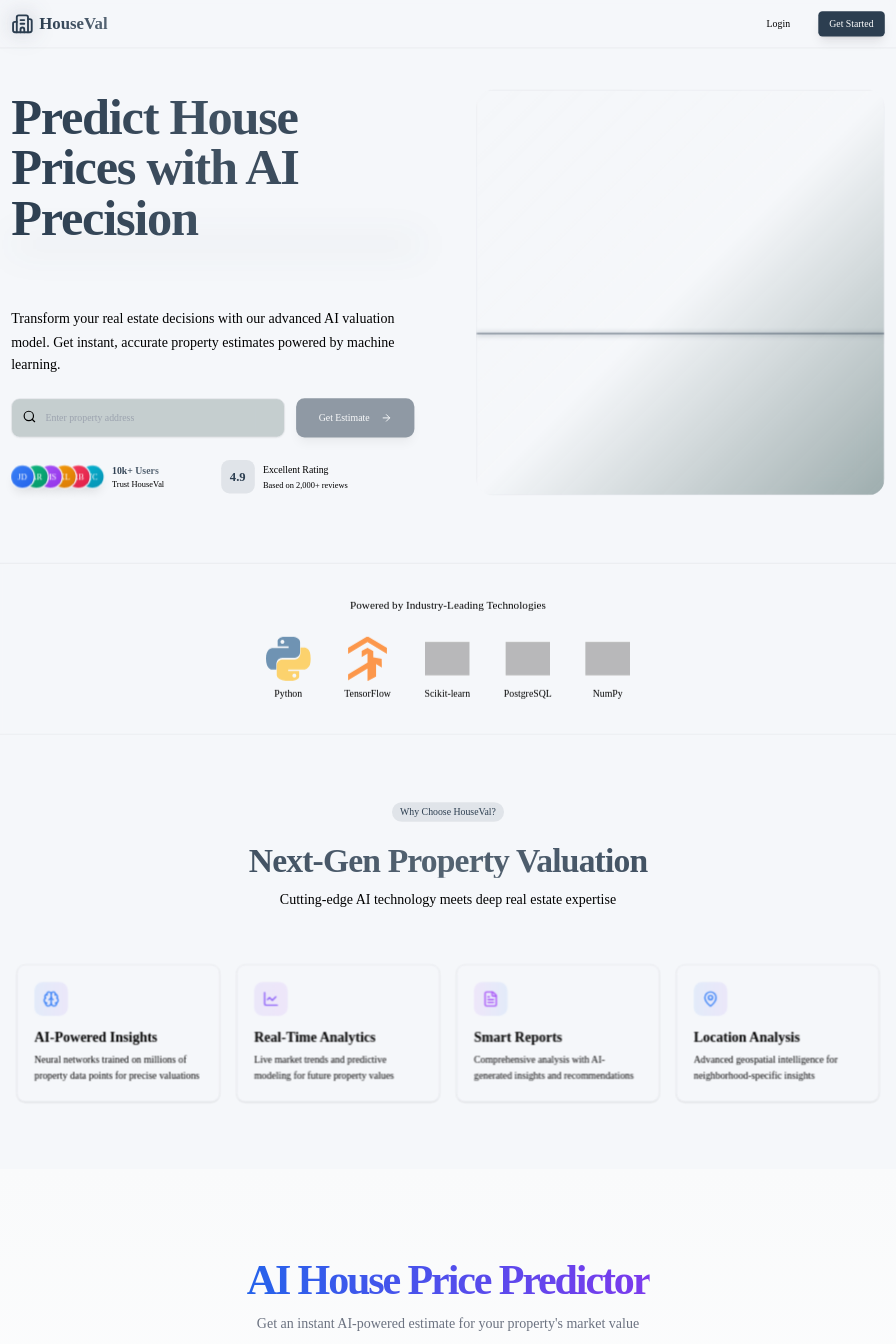
Repository: Rayyy-dev/HouseVal
Page: /
The author's editor kept a copy of each file at every save. The page is drawn from the files as they stood at one save, then again after the next save.
The browser window is 1280 px wide. The pictures show the part of the page from y = 0 to 1920 px (the page is 3364 px tall), at 70% of full size.
Pictures or frames that could not be fetched are drawn as grey boxes. The project was rebuilt for these pictures with package versions that can differ from the ones it lists, and the page was loaded fresh each time. The framework's server and built-in components were replaced by stand-ins that run in the browser. Also part of the build but not shown: next.config.ts.

Above is the page before, as saved 2025-01-16 18:39:02.

### src/app/layout.tsx
import type { Metadata } from "next";
import localFont from "next/font/local";
import "./globals.css";

const geistSans = localFont({
  src: "./fonts/GeistVF.woff",
  variable: "--font-geist-sans",
  weight: "100 900",
});
const geistMono = localFont({
  src: "./fonts/GeistMonoVF.woff",
  variable: "--font-geist-mono",
  weight: "100 900",
});

export const metadata: Metadata = {
  title: "HouseVal - AI-Powered House Price Predictions",
  description: "Get accurate property valuations using advanced machine learning",
};

export default function RootLayout({
  children,
}: Readonly<{
  children: React.ReactNode;
}>) {
  return (
    <html lang="en">
      <body
        className={`${geistSans.variable} ${geistMono.variable} antialiased`}
      >
        {children}
      </body>
    </html>
  );
}

### src/app/page.tsx
import { Header } from "@/components/landing-page/sections/header";
import { Hero } from "@/components/landing-page/sections/hero";
import { Integrations } from "@/components/landing-page/sections/integrations";
import { Benefits } from "@/components/landing-page/sections/benefits";
import { HousingPredictor } from "@/components/landing-page/housing";
import { Solution } from "@/components/landing-page/sections/solution";
import { Footer } from "@/components/landing-page/sections/footer";

export default function Home() {
  return (
    <div className="min-h-screen bg-background">
      <Header />
      <Hero />
      <Integrations />
      <Benefits />
      <HousingPredictor />
      <Solution />
      <Footer />
    </div>
  );
}

### src/components/landing-page/sections/hero.tsx
"use client";

import { Button } from "@/components/ui/button";
import { Input } from "@/components/ui/input";
import { Search, Building2, DollarSign, ArrowRight, MapPin } from "lucide-react";
import { useState, useEffect, useRef } from "react";
import { AvatarStack } from "@/components/ui/avatar-stack";
import { motion, AnimatePresence } from "framer-motion";

// Simple typing effect hook
const useTypingEffect = (text: string, speed: number = 50) => {
  const [displayText, setDisplayText] = useState("");
  const [isComplete, setIsComplete] = useState(false);
  const [currentIndex, setCurrentIndex] = useState(0);

  useEffect(() => {
    if (currentIndex <= text.length) {
      const timer = setTimeout(() => {
        setDisplayText(text.slice(0, currentIndex));
        setCurrentIndex(prev => prev + 1);
        if (currentIndex === text.length) {
          setIsComplete(true);
        }
      }, speed);
      return () => clearTimeout(timer);
    }
  }, [currentIndex, speed, text]);

  return { displayText, isComplete };
};

export function Hero() {
  const demoRef = useRef<HTMLDivElement>(null);
  const [address, setAddress] = useState("");
  const [isAnalyzing, setIsAnalyzing] = useState(false);
  const [animationStage, setAnimationStage] = useState<'typing' | 'analyzing' | 'scanning' | 'results'>('typing');
  const [chatStep, setChatStep] = useState(0);
  const promptText = "Hello! Please enter a property address for AI analysis...";
  const { displayText, isComplete } = useTypingEffect(
    "Hello! Please enter a property address for AI analysis...",
    50
  );

  // Animation sequence
  useEffect(() => {
    const sequence = async () => {
      // Start with typing
      setAnimationStage('typing');
      await new Promise(resolve => setTimeout(resolve, 3000));

      // Move to analyzing
      setAnimationStage('analyzing');
      await new Promise(resolve => setTimeout(resolve, 2000));

      // Show house scanning
      setAnimationStage('scanning');
      await new Promise(resolve => setTimeout(resolve, 2500));

      // Show results with popping elements
      setAnimationStage('results');

      // Reset sequence after delay
      setTimeout(() => {
        setAnimationStage('typing');
        setChatStep(0);
      }, 4000);
    };

    sequence();
  }, []);

  // Handle address submission
  const handleGetEstimate = () => {
    if (!address) return;
    setIsAnalyzing(true);
    setAnimationStage('analyzing');

    // Simulate analysis time then show results
    setTimeout(() => {
      setAnimationStage('results');
      setIsAnalyzing(false);
    }, 3000); // Adjust timing as needed
  };

  // When typing is complete, don't immediately go to analyzing
  useEffect(() => {
    if (isComplete) {
      // Remove the automatic transition to analyzing
      // Let the button click trigger it instead
    }
  }, [isComplete]);

  return (
    <section className="container mx-auto px-4 pt-32 pb-24">
      <div className="grid grid-cols-1 lg:grid-cols-2 gap-20 items-center">
        {/* Left content */}
        <div className="space-y-8">
          <div className="space-y-4">
            <h1 className="text-6xl sm:text-7xl font-bold leading-[1.1] tracking-tight">
              <span className="inline-block">
                <span className="relative inline-flex items-center">
                  <span className="relative z-10 bg-gradient-to-r from-primary via-primary/90 to-primary bg-clip-text text-transparent">
                    Predict House Prices with AI Precision
                  </span>
                  <div className="absolute inset-x-0 -bottom-2 h-3 bg-primary/10 blur-xl" />
                </span>
              </span>
              <br />
              <span className="text-5xl sm:text-6xl bg-gradient-to-br from-foreground via-foreground to-foreground/90 bg-clip-text text-transparent mt-4 block animate-text-glow">
                with AI Precision
              </span>
            </h1>
            <p className="text-xl text-muted-foreground/90 leading-relaxed max-w-2xl">
              Transform your real estate decisions with our advanced AI valuation model.
              Get instant, accurate property estimates powered by machine learning.
            </p>
          </div>

          <div className="flex flex-col sm:flex-row gap-4 max-w-xl">
            <div className="relative flex-1">
              <Search className="absolute left-4 top-4 h-5 w-5 text-muted-foreground" />
              <Input
                value={address}
                onChange={(e) => setAddress(e.target.value)}
                placeholder="Enter property address"
                className="pl-12 h-14 text-base rounded-xl border-border/50 bg-muted/50 hover:bg-muted/80 transition-colors"
              />
              {isAnalyzing && (
                <div className="absolute right-4 top-4">
                  <div className="h-5 w-5 rounded-full border-2 border-primary border-r-transparent animate-spin" />
                </div>
              )}
            </div>
            <Button
              size="lg"
              className="h-14 px-8 rounded-xl bg-primary hover:bg-primary/90 transition-all duration-300 shadow-lg hover:shadow-primary/25 group"
              onClick={handleGetEstimate}
              disabled={isAnalyzing || !address}
            >
              Get Estimate
              <ArrowRight className="ml-2 h-4 w-4 transition-transform group-hover:translate-x-1" />
            </Button>
          </div>

          <div className="flex items-center gap-10">
            <AvatarStack />
            <div className="h-12 w-px bg-border/50" />
            <div className="flex items-center gap-3">
              <div className="relative">
                <div className="w-12 h-12 rounded-xl bg-primary/10 flex items-center justify-center">
                  <span className="text-primary font-bold text-lg">4.9</span>
                </div>
              </div>
              <div className="space-y-1">
                <div className="font-medium text-sm">Excellent Rating</div>
                <div className="text-xs text-muted-foreground">Based on 2,000+ reviews</div>
              </div>
            </div>
          </div>
        </div>

        {/* Right side - Demo Animation */}
        <div ref={demoRef} className="relative h-[580px] rounded-3xl overflow-hidden">
          <div className="absolute inset-0 bg-gradient-to-br from-background via-background/95 to-muted/90 backdrop-blur-xl border border-border/50">
            <AnimatePresence mode="wait">
              {animationStage === 'typing' && (
                <motion.div
                  initial={{ opacity: 0 }}
                  animate={{ opacity: 1 }}
                  exit={{ opacity: 0 }}
                  transition={{ duration: 0.5 }}
                  className="absolute inset-0 flex items-center justify-center"
                >
                  <div className="w-full max-w-md px-4">
                    <div className="relative">
                      <Search className="absolute left-4 top-1/2 -translate-y-1/2 h-5 w-5 text-muted-foreground" />
                      <div className="w-full pl-12 pr-4 py-3 text-base rounded-xl border border-border/50 bg-background shadow-lg">
                        {displayText}
                        <span className="inline-block w-0.5 h-5 bg-primary animate-pulse ml-0.5 align-middle">
                          &nbsp;
                        </span>
                      </div>
                    </div>
                  </div>
                </motion.div>
              )}

              {animationStage === 'analyzing' && (
                <motion.div
                  initial={{ opacity: 0, y: 20 }}
                  animate={{ opacity: 1, y: 0 }}
                  exit={{ opacity: 0 }}
                  transition={{ duration: 0.5 }}
                  className="absolute inset-0 flex items-center justify-center"
                >
                  <div className="w-full max-w-md space-y-6">
                    <div className="flex flex-col items-center gap-4 bg-background/40 backdrop-blur-2xl rounded-2xl p-8 shadow-lg border border-border/30">
                      <div className="relative">
                        <div className="absolute inset-0 bg-primary/20 rounded-full blur-2xl animate-pulse" />
                        <div className="relative h-16 w-16 rounded-full border-2 border-primary flex items-center justify-center">
                          <div className="h-10 w-10 rounded-full border-2 border-primary border-dashed animate-spin-slow" />
                        </div>
                      </div>
                      <div className="space-y-3 text-center">
                        <div className="flex items-center gap-2 justify-center">
                          <div className="h-1.5 w-1.5 rounded-full bg-primary animate-pulse" />
                          <motion.span
                            initial={{ opacity: 0 }}
                            animate={{ opacity: 1 }}
                            className="font-medium bg-gradient-to-r from-primary to-primary/80 bg-clip-text text-transparent relative"
                          >
                            <motion.span
                              initial={{ width: "0%" }}
                              animate={{ width: "100%" }}
                              transition={{
                                duration: 2,
                                ease: "linear",
                                repeat: Infinity
                              }}
                              className="absolute inset-0 bg-gradient-to-r from-transparent via-primary/20 to-transparent"
                            />
                            AI Analysis in Progress
                          </motion.span>
                          <div className="h-1.5 w-1.5 rounded-full bg-primary animate-pulse delay-100" />
                        </div>
                        <div className="flex flex-col gap-2">
                          <div className="text-sm text-muted-foreground/80">
                            Processing property characteristics...
                          </div>
                          <div className="h-1.5 w-full bg-primary/10 rounded-full overflow-hidden">
                            <div className="h-full w-full bg-primary animate-progress origin-left" />
                          </div>
                        </div>
                      </div>
                    </div>
                  </div>
                </motion.div>
              )}

              {animationStage === 'scanning' && (
                <motion.div
                  initial={{ opacity: 0 }}
                  animate={{ opacity: 1 }}
                  exit={{ opacity: 0 }}
                  className="absolute inset-0"
                >
                  <div className="relative w-full h-full">
                    {/* House Image */}
                    <div className="absolute inset-0 bg-house-image bg-cover bg-center rounded-xl" />

                    {/* Scanning Effect */}
                    <motion.div
                      initial={{ top: "0%" }}
                      animate={{ top: "100%" }}
                      transition={{
                        duration: 2,
                        ease: "linear",
                        repeat: 1
                      }}
                      className="absolute left-0 right-0 h-1 bg-gradient-to-b from-primary/60 to-transparent blur-sm"
                    />
                    <motion.div
                      initial={{ top: "0%" }}
                      animate={{ top: "100%" }}
                      transition={{
                        duration: 2,
                        ease: "linear",
                        repeat: 1
                      }}
                      className="absolute left-0 right-0 h-px bg-primary"
                    />
                  </div>
                </motion.div>
              )}

              {animationStage === 'results' && (
                <motion.div
                  initial={{ opacity: 0 }}
                  animate={{ opacity: 1 }}
                  exit={{ opacity: 0 }}
                  className="absolute inset-0 p-6"
                >
                  <div className="grid grid-cols-2 gap-4 h-full">
                    {/* Results elements that pop up */}
                    <motion.div
                      initial={{ opacity: 0, y: 20 }}
                      animate={{ opacity: 1, y: 0 }}
                      transition={{ delay: 0.2 }}
                      className="bg-background/60 backdrop-blur-sm rounded-xl p-4 border border-border/50"
                    >
                      {/* Price Estimate */}
                    </motion.div>

                    <motion.div
                      initial={{ opacity: 0, y: 20 }}
                      animate={{ opacity: 1, y: 0 }}
                      transition={{ delay: 0.4 }}
                      className="bg-background/60 backdrop-blur-sm rounded-xl p-4 border border-border/50"
                    >
                      {/* Market Analysis */}
                    </motion.div>

                    {/* Add more result elements as needed */}
                  </div>
                </motion.div>
              )}
            </AnimatePresence>
          </div>
        </div>
      </div>
    </section>
  );
}

### src/components/ui/input.tsx
import * as React from "react"

import { cn } from "@/lib/utils"

const Input = React.forwardRef<HTMLInputElement, React.ComponentProps<"input">>(
  ({ className, type, ...props }, ref) => {
    return (
      <input
        type={type}
        className={cn(
          "flex h-9 w-full rounded-md border border-input bg-transparent px-3 py-1 text-base shadow-sm transition-colors file:border-0 file:bg-transparent file:text-sm file:font-medium file:text-foreground placeholder:text-muted-foreground focus-visible:outline-none focus-visible:ring-1 focus-visible:ring-ring disabled:cursor-not-allowed disabled:opacity-50 md:text-sm",
          className
        )}
        ref={ref}
        {...props}
      />
    )
  }
)
Input.displayName = "Input"

export { Input }

### src/components/landing-page/housing/data/locations.ts
export const locations = [
  // New York
  { value: 'new-york-ny', label: 'New York, NY', factor: 2.0 },
  { value: 'brooklyn-ny', label: 'Brooklyn, NY', factor: 1.8 },
  { value: 'queens-ny', label: 'Queens, NY', factor: 1.6 },

  // California
  { value: 'los-angeles-ca', label: 'Los Angeles, CA', factor: 1.9 },
  { value: 'san-francisco-ca', label: 'San Francisco, CA', factor: 2.1 },
  { value: 'san-diego-ca', label: 'San Diego, CA', factor: 1.7 },

  // Texas
  { value: 'austin-tx', label: 'Austin, TX', factor: 1.5 },
  { value: 'houston-tx', label: 'Houston, TX', factor: 1.3 },
  { value: 'dallas-tx', label: 'Dallas, TX', factor: 1.4 },

  // Florida
  { value: 'miami-fl', label: 'Miami, FL', factor: 1.6 },
  { value: 'orlando-fl', label: 'Orlando, FL', factor: 1.3 },

  // Washington
  { value: 'seattle-wa', label: 'Seattle, WA', factor: 1.8 },

  // Illinois
  { value: 'chicago-il', label: 'Chicago, IL', factor: 1.5 },

  // Massachusetts
  { value: 'boston-ma', label: 'Boston, MA', factor: 1.9 },
] as const;

### tailwind.config.ts
import { fontFamily } from "tailwindcss/defaultTheme"
import type { Config } from "tailwindcss"

const config = {
  darkMode: ["class"],
  content: [
    './pages/**/*.{ts,tsx}',
    './components/**/*.{ts,tsx}',
    './app/**/*.{ts,tsx}',
    './src/**/*.{ts,tsx}',
	],
  theme: {
    container: {
      center: true,
      padding: "2rem",
      screens: {
        "2xl": "1400px",
      },
    },
    extend: {
      colors: {
        primary: {
          DEFAULT: "#2C3E50",
          foreground: "#FFFFFF",
        },
        secondary: {
          DEFAULT: "#E67E22",
          foreground: "#FFFFFF",
        },
        accent: {
          DEFAULT: "#16A085",
          foreground: "#FFFFFF",
        },
        background: "#F5F7FA",
        muted: "#95A5A6",
      },
      fontFamily: {
        sans: ["var(--font-sans)", ...fontFamily.sans],
      },
      keyframes: {
        "accordion-down": {
          from: { height: "0" },
          to: { height: "var(--radix-accordion-content-height)" },
        },
        "accordion-up": {
          from: { height: "var(--radix-accordion-content-height)" },
          to: { height: "0" },
        },
      },
      animation: {
        "accordion-down": "accordion-down 0.2s ease-out",
        "accordion-up": "accordion-up 0.2s ease-out",
      },
    },
  },
  plugins: [require("tailwindcss-animate")],
} satisfies Config

export default config

Loaded but not shown: src/lib/utils.ts (common file); src/app/globals.css (956 lines, source omitted); src/components/landing-page/housing/index.tsx (281 lines, source omitted); src/components/landing-page/sections/benefits.tsx (135 lines, source omitted); src/components/landing-page/sections/solution.tsx (61 lines, source omitted); src/components/ui/button.tsx (57 lines, source omitted); src/components/landing-page/housing/lib/report-generator.ts (66 lines, source omitted); src/components/ui/card.tsx (76 lines, source omitted); src/components/landing-page/sections/integrations.tsx (57 lines, source omitted); src/components/landing-page/sections/header.tsx (38 lines, source omitted); src/components/landing-page/sections/footer.tsx (51 lines, source omitted); src/components/ui/avatar-stack.tsx (47 lines, source omitted)

After the next save:
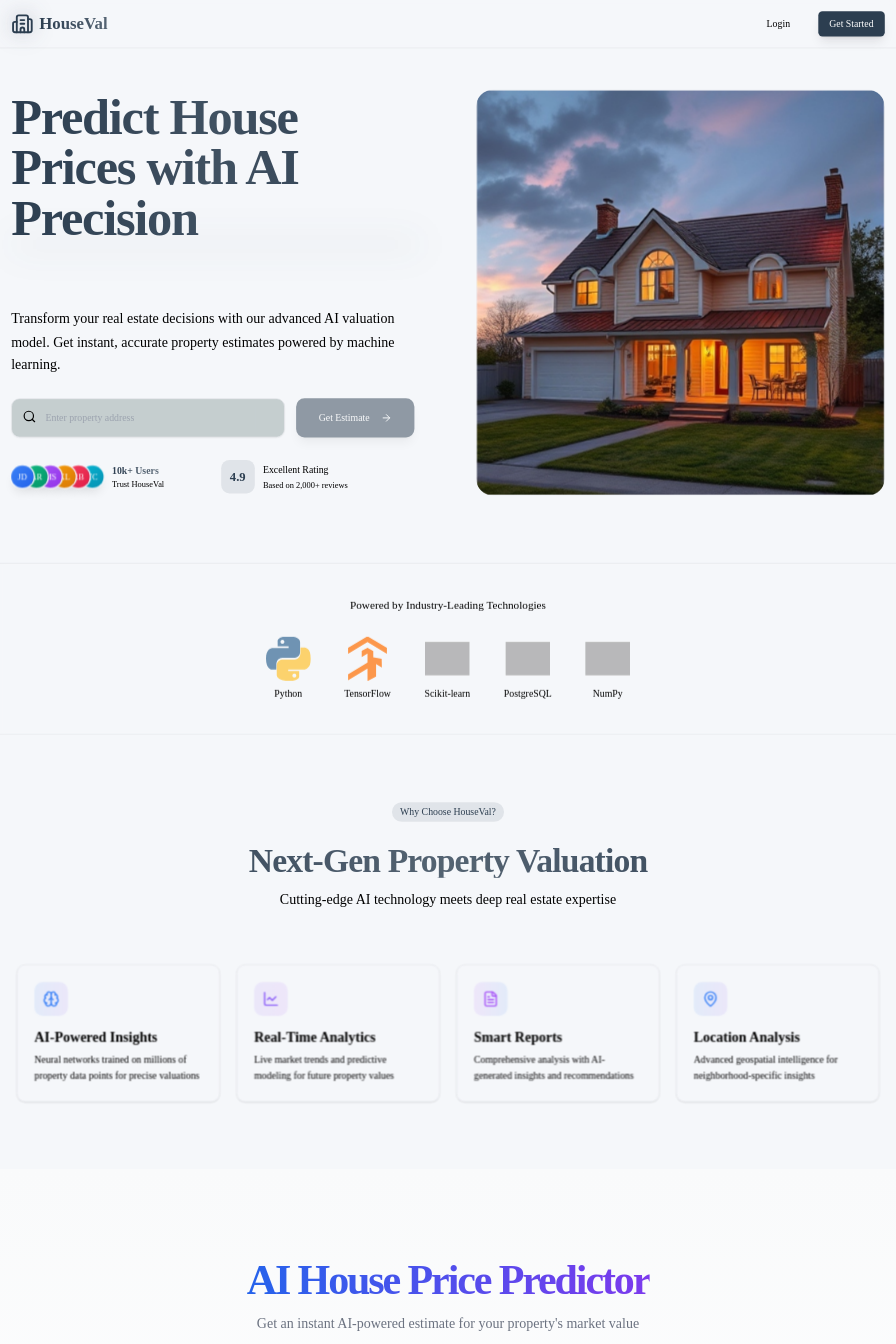
Saved 2 min 2 s later.
--- a/src/components/landing-page/sections/hero.tsx
+++ b/src/components/landing-page/sections/hero.tsx
@@ -6,6 +6,7 @@
 import { useState, useEffect, useRef } from "react";
 import { AvatarStack } from "@/components/ui/avatar-stack";
 import { motion, AnimatePresence } from "framer-motion";
+import Image from "next/image";
 
 // Simple typing effect hook
 const useTypingEffect = (text: string, speed: number = 50) => {
@@ -246,7 +247,13 @@
                 >
                   <div className="relative w-full h-full">
                     {/* House Image */}
-                    <div className="absolute inset-0 bg-house-image bg-cover bg-center rounded-xl" />
+                    <Image
+                      src="/f36168bb-cc3e-43da-8912-f5379ce8139f.jpeg"
+                      alt="Modern suburban house"
+                      fill
+                      priority
+                      className="object-cover rounded-2xl"
+                    />
 
                     {/* Scanning Effect */}
                     <motion.div
@@ -255,20 +262,45 @@
                       transition={{
                         duration: 2,
                         ease: "linear",
-                        repeat: 1
+                        repeat: 0
                       }}
-                      className="absolute left-0 right-0 h-1 bg-gradient-to-b from-primary/60 to-transparent blur-sm"
+                      className="absolute left-0 right-0 h-[2px] bg-gradient-to-r from-transparent via-primary to-transparent blur-sm"
                     />
-                    <motion.div
-                      initial={{ top: "0%" }}
-                      animate={{ top: "100%" }}
-                      transition={{
-                        duration: 2,
-                        ease: "linear",
-                        repeat: 1
-                      }}
-                      className="absolute left-0 right-0 h-px bg-primary"
-                    />
+
+                    {/* Smart AI Analysis Markers */}
+                    <div className="absolute inset-0">
+                      {/* Price Estimation Marker */}
+                      <motion.div
+                        initial={{ opacity: 0, scale: 0.8 }}
+                        animate={{ opacity: 1, scale: 1 }}
+                        transition={{ delay: 2.2 }}
+                        className="absolute top-1/4 left-1/4"
+                      >
+                        <div className="relative">
+                          <div className="absolute -inset-2 bg-primary/20 rounded-full blur-xl animate-pulse" />
+                          <div className="h-4 w-4 rounded-full bg-background/80 backdrop-blur-sm border-2 border-primary flex items-center justify-center">
+                            <div className="h-1.5 w-1.5 rounded-full bg-primary" />
+                          </div>
+                          <div className="absolute left-6 top-1/2 -translate-y-1/2">
+                            <motion.div
+                              initial={{ opacity: 0, x: -20 }}
+                              animate={{ opacity: 1, x: 0 }}
+                              transition={{ delay: 2.4 }}
+                              className="bg-background/80 backdrop-blur-xl rounded-xl p-3 shadow-2xl border border-border/50 whitespace-nowrap"
+                            >
+                              <div className="flex items-center gap-2 mb-1">
+                                <DollarSign className="h-4 w-4 text-primary" />
+                                <p className="text-sm font-medium text-foreground/70">Estimated Value</p>
+                              </div>
+                              <p className="text-lg font-bold text-primary">$1,250,000</p>
+                            </motion.div>
+                          </div>
+                        </div>
+                      </motion.div>
+
+                      {/* Add more markers with similar animation patterns */}
+                      {/* Each marker should have a slightly increased delay */}
+                    </div>
                   </div>
                 </motion.div>
               )}
